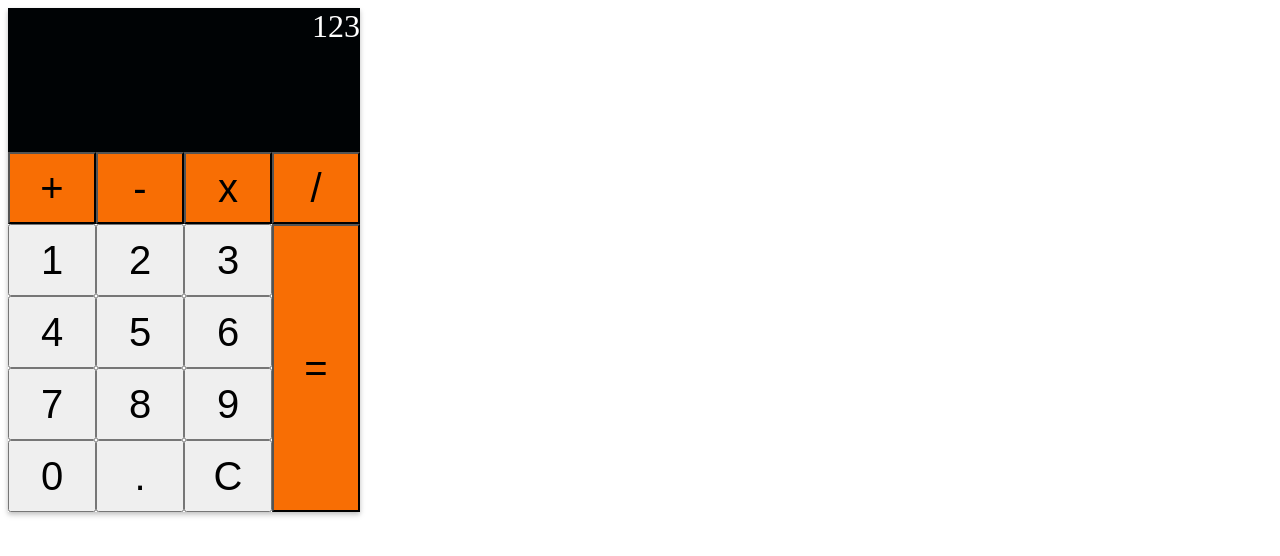
Repository: TEazy2433/LAB-calculator
Page: index.html
These files come from the project's save history. The page is drawn as it stood at one moment and after the next save; the edit follows.
The browser window is 1280 px wide. The pictures show the whole page.

Above is the page before, as saved 2023-10-14 11:43:34.

### index.html
<!DOCTYPE html>
<html lang="en">
<head>
  <meta charset="UTF-8">
  <meta name="viewport" content="width=device-width, initial-scale=1.0">
  <title>calculator</title>
  <link rel="stylesheet" href="main.css">


</head>
<body>
  <div class="calculator">
    <div class="display">123</div>
    <div class="calculator_keys">
      <button class="calculator_key key--operator">+</button>
      <button class="calculator_key key--operator">-</button>
      <button class="calculator_key key--operator">x</button>
      <button class="calculator_key key--operator">/</button>
      <button class="calculator_key">1</button>
      <button class="calculator_key">2</button>
      <button class="calculator_key">3</button>
      <button class="calculator_key">4</button>
      <button class="calculator_key">5</button>
      <button class="calculator_key">6</button>
      <button class="calculator_key">7</button>
      <button class="calculator_key">8</button>
      <button class="calculator_key">9</button>
      <button class="calculator_key">0</button>
      <button class="calculator_key">.</button>
      <button class="calculator_key">C</button>
      <button class="calculator_key key--enter">=</button>
    </div>
  </div>

</body>
</html>

### main.css
.calculator{
  overflow: hidden;
  max-inline-size: 22rem;
  box-shadow: 0px 3px 6px 0px rgba(0, 0, 0, 0.15), 0px 2px 4px 0px rgba(0, 0, 0, 0.12);
  width: 800px;
  display: flex;
  flex-wrap: wrap;
  border-color: black ;
}
.display{
  font-size: 2rem;
  text-align: end;
  background: hsl(210, 100%, 1%);
  color: hsl(255, 100%, 100%);
  width: 100%;
  height: 20vh;
  border-color: black;
}

.calculator_keys{
  display: grid;
  grid-template-columns: repeat(4,1fr);
  width: 500vh;
  height: 50vh;
  border-color: black;
}
.calculator_key{
  font-size: 40px;
  border-color: black
  background-color: red;
}
.key--operator{
  background: rgb(248, 110, 4);
}
.key--enter{
  grid-column: 4 / 5;
  grid-row: 2/ span 4;
  background-color: rgb(248, 110, 4);
}

After the next save:
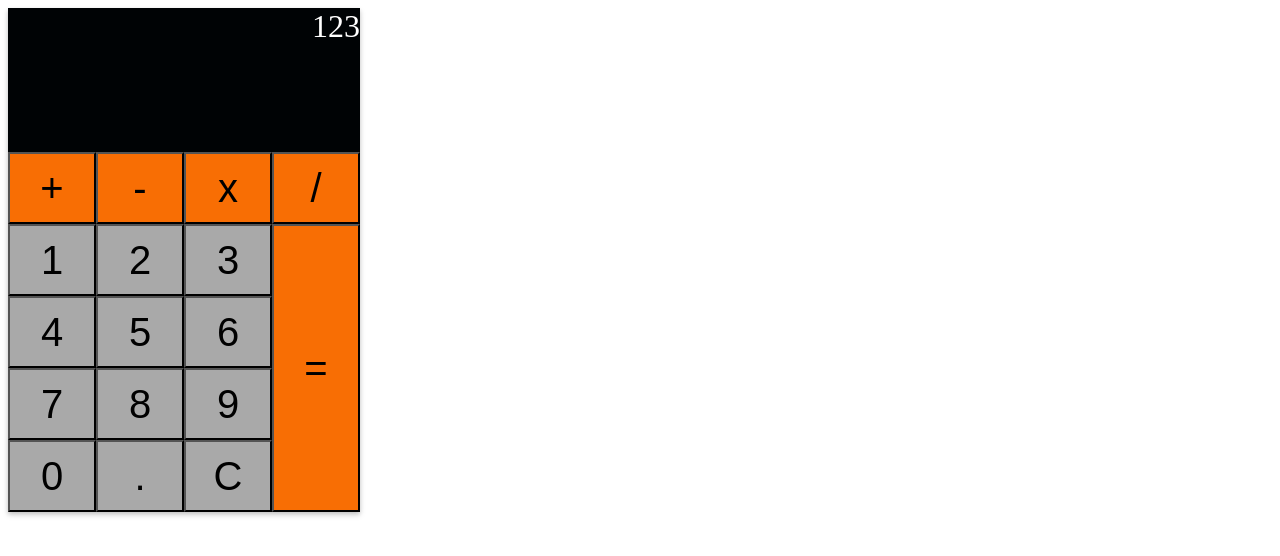
Saved 72 s later.
--- a/main.css
+++ b/main.css
@@ -26,8 +26,8 @@
 }
 .calculator_key{
   font-size: 40px;
+  background: darkgrey;
   border-color: black
-  background-color: red;
 }
 .key--operator{
   background: rgb(248, 110, 4);
